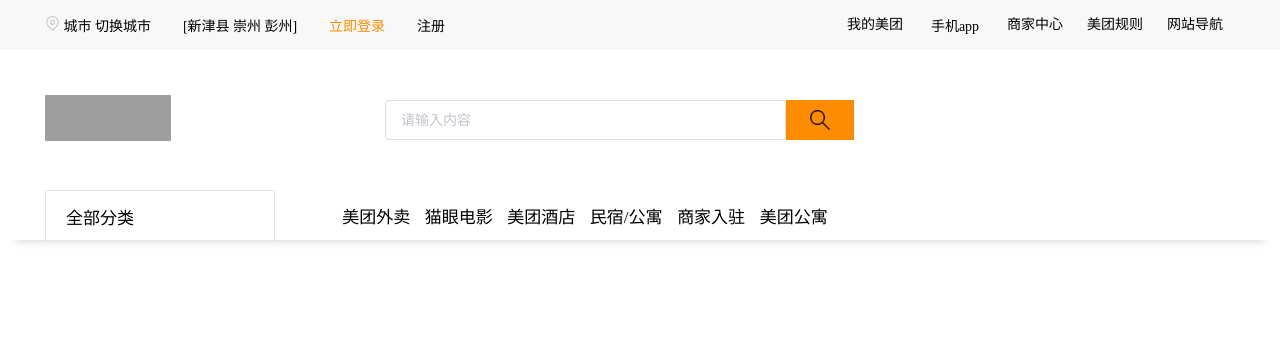
Repository: jinggegeZ/-
Page: /
An editor plug-in stored every save of this project. The page is shown before and after the next save, followed by the edit.
The browser window is 1280 px wide. The pictures show the whole page.
Pictures or frames that could not be fetched are drawn as grey boxes. The page's requests for data from a server got no answer. The project was rebuilt for these pictures with package versions that can differ from the ones it lists, and the page was loaded fresh each time. No one was signed in, and anything a server would have sent is missing. Also part of the build but not shown: vue.config.js.

Above is the page before, as saved 2020-08-20 14:36:17.

### src/main.js
import Vue from 'vue'
import App from './App.vue'
import router from './router'
import store from './store'
import api from '../src/http/api'
import ElementUI from 'element-ui';
import 'element-ui/lib/theme-chalk/index.css';

Vue.use(ElementUI);
Vue.config.productionTip = false
Vue.prototype.$api = api
new Vue({
  router,
  store,
  render: h => h(App)
}).$mount('#app')

### src/App.vue
<template>
  <div id="app">
    <router-view/>
  </div>
</template>

<style lang="scss">
@import '../src/style/style';
</style>

### src/http/api.js
import service from './index'

export default{
    //获取城市
    getprovince (){
        return service.get('/province')
    },
    //获取城市
    getposition(){
        return service.get('/position')
    },
    //2.关键词搜索
    getkeyword({city,keyword}){
        return service.get(`/results?city=${city}&keyword=${keyword}`)
    }
}

### src/style/style.css
* {
    margin: 0;
    padding: 0;

}
/* 这是css3媒体查询 */
@media screen and (max-width: 1200px) {
    .top {
        width: 960px !important;
    }
}
/* top样式 */
.topbox {
    width: 100%;
    display: flex;
    justify-content: center;
    background:rgb(248,248,248);
    font-size: 14px;
}
.topbox1 {
    width: 100%;
    display: flex;
    justify-content: center;
    box-shadow: 0px 15px 10px -15px #ccc;
    font-size: 14px;
}
.top {
    width: 1190px;

}
.top1 {

    height: 50px;
    display: flex;
    justify-content: space-between;
}
.leftbox {
    display: flex;
    align-items: center;
    width: 400px;
    justify-content: space-between;
}
.leftbox div:hover {
    color: #FE8C00;
}
.rightbox {
    display: flex;
    align-items: center;
    width: 400px;
    justify-content: space-between;
}
.rightbox1 {
    width: 100px;
    height: 50px;
    display: flex;
    align-items: center;
    justify-content: center;
    position: relative;

}
.postion {
    position: absolute;
    z-index: 999;
    width: 100%;
    height: 100%;
    text-align: center;
    line-height: 50px;
}
.rightbox2 {
    visibility: hidden;
    right: 0;
    position: absolute;
    z-index: 998;
    top: 99%;
    background: white;
    border-left: 1px solid rgb(229,229,229);
    border-bottom: 1px solid rgb(229,229,229);
    border-right: 1px solid rgb(229,229,229);
    box-shadow: 0px 0px 10px 0px #ccc;
}
.rightbox3 {
    height: 36px;
    line-height: 36px;
    text-align: center;
    width: 78px;
}
.rightbox4 {
    height: 36px;
    line-height: 36px;
    text-align: center;
    width: 118px;
}
.rightbox5 {
    width: 1190px;
    height: 300px;
    display: flex;
    justify-content: center;
}
.rightbox6 {
    width: 95%;
    height: 95%;
    display: flex;
    justify-content: space-between;
}
.rightbox6-1 {
    width: 200px;
}
.rightbox6-1-1 {
    width: 200px;
    height: 80px;
    display: flex;
    justify-content: center;
    align-items: center;
    font-size: 16px;
}
.rightbox6-1-2 {
    width: 200px;
    height: 190px;
    font-size: 12px;
}
.rightbox6-1-2-1 {
    height: 30px;
    width: 100%;
    display: flex;
    justify-content: space-between;
    align-items: center;
}
.rightbox6-1-2-2 {
    height: 30px;
    width: 100%;
    display: flex;
    justify-content: flex-start;
    align-items: center;
}
.rightbox6-2 {
    width: 100px;
}
.rightbox6-2-1 {
    width: 100px;
    height: 80px;
    display: flex;
    justify-content: center;
    align-items: center;
    font-size: 16px;
}
.rightbox6-2-1-1 {
    width: 100px;
    height: 190px;
    font-size: 12px;
}
.rightbox6-2 {
    width: 100px;
}
.rightbox6-2-1-1-font {
    width: 100%;
    height: 25px;
    display: flex;
    justify-content: center;
    align-items: center;
}
.rightbox6-3 {
    width: 350px;

}
.rightbox6-3-1 {
    width: 350px;
    height: 80px;
    display: flex;
    justify-content: center;
    align-items: center;
    font-size: 16px;
}
.rightbox6-3-1-1 {
    width: 350px;
    height: 190px;
    font-size: 12px;
}
.rightbox6-3-1-1-1 {
    width: 100%;
    height: 80px;
    display: flex;
    justify-content: space-around;
    align-items: center;
}
.rightbox6-3-1-1-1-img {
    width: 60px;
    height: 60px;
    border-radius: 5px;
}
.nav2box2font:hover {
    color: rgb(251,199,0);
}
.nav2box2font2:hover {
    color: red;
}
.postion:hover {
    color: #FE8C00;
}
.rightbox3:hover {
    color: #FE8C00;
}
.rightbox4:hover {
    color: #FE8C00;
}
.rightbox1:hover .rightbox2{
    visibility:visible
}
.rightbox1:hover {
    box-shadow: 0 3px 5px 0 rgba(0, 0, 0, 0.1);
}
.rightbox1:hover .postion {
    background-color: white;


}
.leftboximg {
    width: 15px;
    height: 15px;
}
.rightnow{
    color: #FE8C00;
}
/* nav部分 */
.nav {
    height: 140px;
    width: 100%;
    display: flex;
    align-items: center;
}
.nav1 {
    width: 240px;
    margin-right: 100px;
}
.nav1img {
    width: 126px;
    height: 46px;

}
.nav1input {
    display: flex;
    width: 469px;
    height: 50px;
    align-items: center;
}
.nav1input1 {
    width: 469px;
    position: relative;
}
.nav1input1box {
    position: absolute;
    top: 0;
    width: 469px;
}
.item {
    width: 100%;
    height: 50px;
    font-size: 14px;
    border-top: 1px solid rgb(229,229,229);
}
.nav1inputboox {
    width: 80px;
    height: 40px;
    background-color: #FE8C00;
    display: flex;
    justify-content: center;
    align-items: center;
}
.nav1inputbooximg {
    width: 20px;
    height: 20px;
}
.nav2 {
    width: 100%;
    height: 50px;
    display: flex;
}
.nav2box {
    width: 228px;
    height: 50px;
    border-left: 1px solid rgb(229,229,229);
    border-top: 1px solid rgb(229,229,229);
    border-right: 1px solid rgb(229,229,229);
    display: flex;
    align-items: center;
    font-size: 17px;
}
.all {
    padding-left: 20px;
}
.nav2box2 {
    margin-left: 60px;
    display: flex;
    align-items: center;
    justify-content: space-around;
    width: 500px;
    font-size: 17px;
}

### src/views/Home.vue
<template>
  <div>
      <top></top>
      <Navigation :city='city'></Navigation>
  </div>
</template>

<script>
import top from "../components/top/top";
import Navigation from "../components/Navigation/Navigation";
export default {
  name: "",
  props: {},
  components: {
    top,
    Navigation,
  },
  data() {
    return {
      city:''
    };
  },
  methods: {},
  mounted() {
    //获取省份
    this.$api
      .getprovince()
      .then((res) => {
        console.log(res);
      })
      .catch((err) => {});
    //获取城市
    this.$api
      .getposition()
      .then((res) => {
        this.city = JSON.parse(res.data).city
      })
      .catch((err) => {});
  },
  watch: {},
  computed: {},
};
</script>

<style scoped lang='scss'>

</style>

### src/http/index.js
import axios from 'axios'
// 创建一个axios的实列
const service = axios.create({
    // 请求的基础路径 如果配置了基础路径 基础路径在实际发请求的时候可以省略
    baseURL:'./api',
    timeout:10000
})

// 响应拦截
service.interceptors.response.use(res=>{
    return res.data
})

// 默认导出
export default service

### src/components/top/top.vue
<template>
  <div class="topbox">
    <div class="top">
      <div class="top1">
        <div class="leftbox">
          <div>
            <img class="leftboximg" src="../../../public/image/pos.png" alt /> 城市
            <span>切换城市</span>
          </div>
          <div>[新津县 崇州 彭州]</div>
          <div class="rightnow">立即登录</div>
          <div>注册</div>
        </div>
        <div class="rightbox">
          <div class="rightbox1">
            <div class="postion">我的美团</div>
            <div class="rightbox2">
              <div class="rightbox3">我的订单</div>
              <div class="rightbox3">我的收藏</div>
              <div class="rightbox3">抵用券</div>
              <div class="rightbox3">美团设置</div>
            </div>
          </div>

          <div class="rightbox1">手机app</div>
          <div class="rightbox1">
            <div class="postion">商家中心</div>
            <div class="rightbox2">
              <div class="rightbox4">美团餐饮用户中心</div>
              <div class="rightbox4">登录商家中心</div>
              <div class="rightbox4">美团智能收银</div>
              <div class="rightbox4">我想合作</div>
              <div class="rightbox4">手机免费开店</div>
              <div class="rightbox4">餐饮代理商招募</div>
              <div class="rightbox4">商家申请开票</div>
              <div class="rightbox4">免费合作美团排队</div>
            </div>
          </div>
          <div class="rightbox1">
            <div class="postion">美团规则</div>
            <div class="rightbox2">
              <div class="rightbox3">规则中心</div>
              <div class="rightbox3">规则目录</div>
              <div class="rightbox3">规则评议院</div>
            </div>
          </div>
          <div class="rightbox1">
            <div class="postion">网站导航</div>
            <div class="rightbox2">
              <div class="rightbox5">
                <div class="rightbox6">
                  <div class="rightbox6-1">
                    <div class="rightbox6-1-1">酒店旅游</div>
                    <div class="rightbox6-1-2">.
                        <div class="rightbox6-1-2-1">
                            <div>国际机票</div>
                            <div>火车票</div>
                            <div>民宿</div>
                        </div>
                        <div class="rightbox6-1-2-1">
                            <div>经济型酒店</div>
                            <div>主题酒店</div>
                            <div>商务酒店</div>
                        </div>
                        <div class="rightbox6-1-2-1">
                            <div>公寓</div>
                            <div>豪华酒店</div>
                            <div>客栈</div>
                        </div>
                        <div class="rightbox6-1-2-1">
                            <div>青年旅社</div>
                            <div>度假酒店</div>
                            <div>别墅</div>
                        </div>
                        <div class="rightbox6-1-2-2">
                            <div>农家院</div>
                        </div>

                    </div>
                  </div>
                  <div class="rightbox6-2">
                    <div class="rightbox6-2-1">吃美食</div>
                    <div class="rightbox6-2-1-1">
                        <div class="rightbox6-1-2-1">
                            <div>烤鱼</div>
                            <div>特色小吃</div>

                        </div>
                        <div class="rightbox6-1-2-1">
                            <div>烧烤</div>
                            <div>自助餐</div>

                        </div>
                        <div class="rightbox6-1-2-1">
                            <div>火锅</div>
                            <div>代金券</div>
                        </div>




                    </div>
                  </div>
                  <div class="rightbox6-2">
                    <div class="rightbox6-2-1">看电影</div>
                    <div class="rightbox6-2-1-1">
                        <div class="rightbox6-2-1-1-font">热映电影</div>
                        <div class="rightbox6-2-1-1-font">热门电影</div>
                        <div class="rightbox6-2-1-1-font">热映电影口碑榜</div>
                        <div class="rightbox6-2-1-1-font">最受期待电影</div>
                        <div class="rightbox6-2-1-1-font">国内票房榜</div>
                        <div class="rightbox6-2-1-1-font">北美票房榜</div>
                        <div class="rightbox6-2-1-1-font">电影排行榜</div>

                    </div>
                  </div>
                  <div class="rightbox6-3">
                  <div class="rightbox6-3-1">手机应用</div>
                    <div class="rightbox6-3-1-1">
                        <div class="rightbox6-3-1-1-1">
                            <div><img class="rightbox6-3-1-1-1-img" src="//s0.meituan.net/bs/fe-web-meituan/2d53095/img/appicons/meituan.png" alt=""></div>
                            <div><img class="rightbox6-3-1-1-1-img" src="//s1.meituan.net/bs/fe-web-meituan/404d350/img/appicons/waimai.png" alt=""></div>
                            <div><img class="rightbox6-3-1-1-1-img" src="https://p0.meituan.net/travelcube/162c3308d9622f6d9cfaa49e60be4dca8573.png" alt=""></div>
                            <div><img class="rightbox6-3-1-1-1-img" src="//s1.meituan.net/bs/fe-web-meituan/404d350/img/appicons/dianping.png" alt=""></div>
                            <div><img class="rightbox6-3-1-1-1-img" src="//s1.meituan.net/bs/fe-web-meituan/404d350/img/appicons/maoyan.png" alt=""></div>
                        </div>
                    </div>
                  </div>
                </div>
              </div>
            </div>
          </div>
        </div>
      </div>
    </div>
  </div>
</template>

<script>
export default {
  name: "",
  props: {},
  components: {},
  data() {
    return {};
  },
  methods: {},
  mounted() {},
  watch: {},
  computed: {},
};
</script>

<style scoped lang='scss'>
</style>

### src/components/Navigation/Navigation.vue
<template>
 <div class="topbox1">
  <div class="top">
    <div class="nav">
      <!-- 美团-->
      <div class="nav1">
        <div><img class="nav1img" src="//s0.meituan.net/bs/fe-web-meituan/fa5f0f0/img/logo.png" alt=""></div>
      </div>
     <!-- 搜索-->
      <div class="nav1input">
        <div class="nav1input">
        <el-input v-model="keyword" placeholder="请输入内容" @input="change"></el-input>
        <div class="nav1input1box">
          <div class="item" v-for="(item,index ) in arr" :key="index"> {{item.name}}</div>
        </div>
        </div>

        <div class="nav1inputboox"><img class="nav1inputbooximg" src="../../../public/image/search.png" alt=""></div>
      </div>
    </div>
    <div class="nav2">
      <div class="nav2box"><div class="all">全部分类</div></div>
      <div class="nav2box2">
        <div class="nav2box2font">美团外卖</div>
        <div class="nav2box2font2">猫眼电影</div>
        <div class="nav2box2font2">美团酒店</div>
        <div class="nav2box2font">民宿/公寓</div>
        <div class="nav2box2font">商家入驻</div>
        <div class="nav2box2font2">美团公寓</div>
      </div>
    </div>
  </div>
 </div>
</template>

<script>
 export default {
   name: '',
   props: {
     city:{
       type:String,
       default: ()=> ''
     }
   },
   components: {

   },
   data () {
     return {
       keyword: '',
        arr:[]
     }
   },
   methods: {
     //输入框change事件变化
     change(value){
       console.log(value);
       this.keyword = value
       this.$api.getkeyword({city:this.city,keyword:this.keyword}).then(res => {
         console.log(res);
         this.arr = res.data.pois
       }).catch (err => {})
     },
   },
   mounted() {
     console.log(this.city);
   },
   watch: {

   },
   computed: {

   }
 }
</script>

<style scoped lang='scss'>

</style>

Loaded but not shown: public/index.html (common file); src/router/index.js (common file); src/store/index.js (common file)

After the next save:
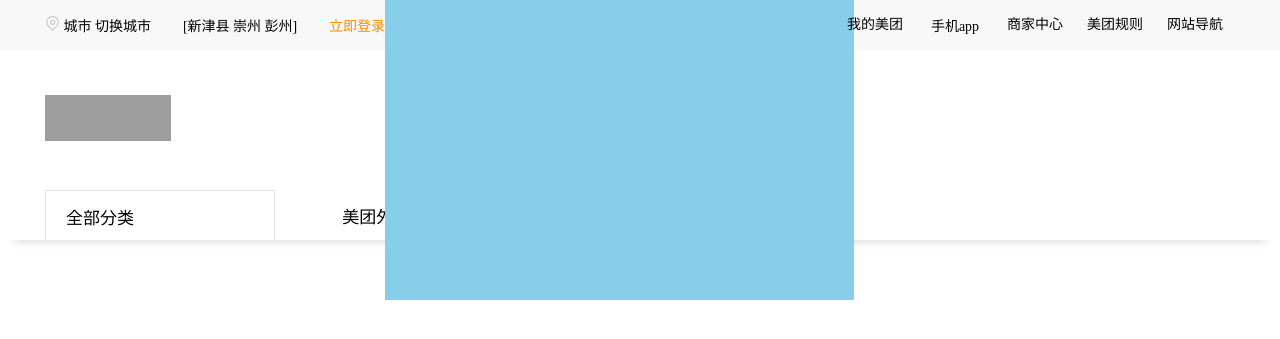
Saved 91 s later.
--- a/src/style/style.css
+++ b/src/style/style.css
@@ -250,12 +250,15 @@
     position: absolute;
     top: 0;
     width: 469px;
+    height: 300px;
+    overflow: auto;
+    background: skyblue;
 }
 .item {
     width: 100%;
     height: 50px;
-    font-size: 14px;
-    border-top: 1px solid rgb(229,229,229);
+    font-size: 12px;
+    border: 1px solid rgb(229,229,229);
 }
 .nav1inputboox {
     width: 80px;
